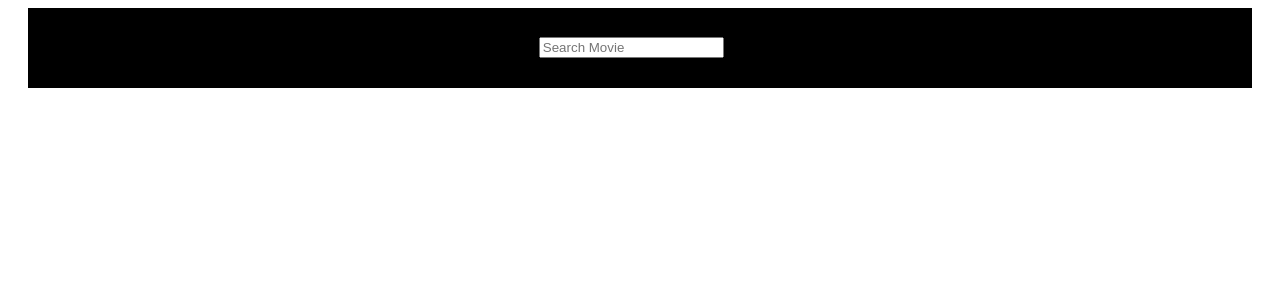
Repository: jhonenmanuel1/movies-get-info-fetch
Page: /
The author's editor kept a copy of each file at every save. The page is drawn from the files as they stood at one save, then again after the next save.
The browser window is 1280 px wide. The pictures show the whole page.
The page's requests for data from a server got no answer. The project was rebuilt for these pictures with package versions that can differ from the ones it lists, and the page was loaded fresh each time. No one was signed in, and anything a server would have sent is missing. Also part of the build but not shown: src/App.css.

Above is the page before, as saved 2022-06-15 21:57:41.

### src/App.js
import { useEffect, useState } from "react";
import logo from "./logo.svg";
import "./App.css";
import MoviesCard from "./components/moviescard";
import SearchBox from "./components/searchbox";
import MovieHeader from "./components/MovieHeader";

function App() {
  const [movies, setMovies] = useState([]);
  const [searchItem, setSearchItem]= useState('');

  const getMovie = async () => {
    const API = `http://www.omdbapi.com/?s=${searchItem}&apikey=7088e24d`;

    const response = await fetch(API);
    const responseJson = await response.json();
    console.log(searchItem)

    if(responseJson.Search){
      setMovies(responseJson.Search)

    }



  };
  getMovie();

  useEffect(() => {
    getMovie();

  }, [searchItem]);

  return (
    <>
    <div>
      <MovieHeader searchItem={searchItem} setSearchItem={setSearchItem}/>

    </div>
    <div>
    <MoviesCard  movies={movies} />

    </div>

    </>
  );
}

export default App;

### src/components/moviescard.js

export default function MoviesCard(props){
    return (
        <>
            {
                props.movies.map( (movie, index) =><div>
                    <img key={index} src={movie.Poster}></img>
                </div>)
            }
        </>
    )

}

### src/components/searchbox.js



export default function SearchBox(props){
    return<>
        <input
        value={props.value}
        onChange={(event)=> props.setSearchItem(event.target.value)}
         placeholder="Search Movie"></input>
    </>
}

### src/components/MovieHeader.js
import React from "react";
import SearchBox from "./searchbox";
import '../styles/MovieHeader.css'
export default function MovieHeader(props) {
  return (
    <>
      <div className="wraper-header">
        <h1>Movies App</h1>
        <SearchBox
          searchItem={props.searchItem}
          setSearchItem={props.setSearchItem}
        />
        <h2>By Jhon Santiago</h2>
      </div>
    </>
  );
}

### src/styles/MovieHeader.css
.wraper-header{
    display: flex;
    align-items: center;
    justify-content: center;
    justify-content: space-between;
    margin-right: 20px;
    margin-left: 20px;
    background-color: black;
}

Loaded but not shown: public/index.html (common file); src/index.js (common file)

After the next save:
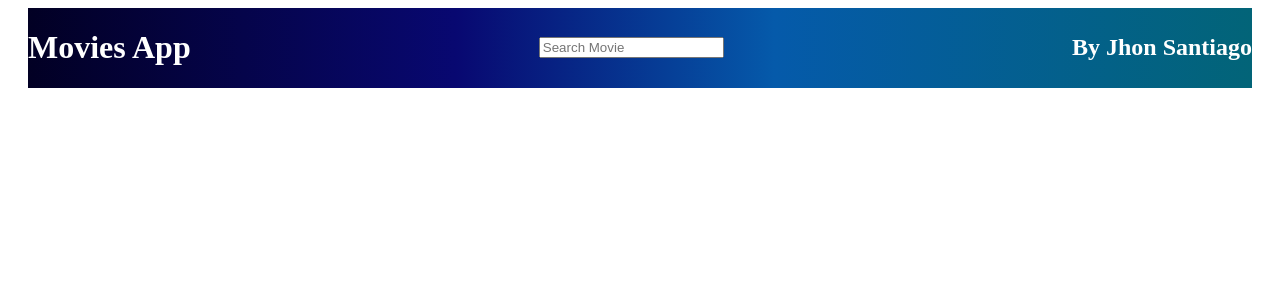
Saved 87 s later.
--- a/src/styles/MovieHeader.css
+++ b/src/styles/MovieHeader.css
@@ -1,9 +1,11 @@
 .wraper-header{
+    color: white;
     display: flex;
     align-items: center;
     justify-content: center;
     justify-content: space-between;
     margin-right: 20px;
     margin-left: 20px;
-    background-color: black;
+    background: rgb(2,0,36);
+background: linear-gradient(90deg, rgba(2,0,36,1) 0%, rgba(8,8,113,1) 35%, rgba(5,90,170,1) 61%, rgba(2,100,120,1) 100%);
 }
